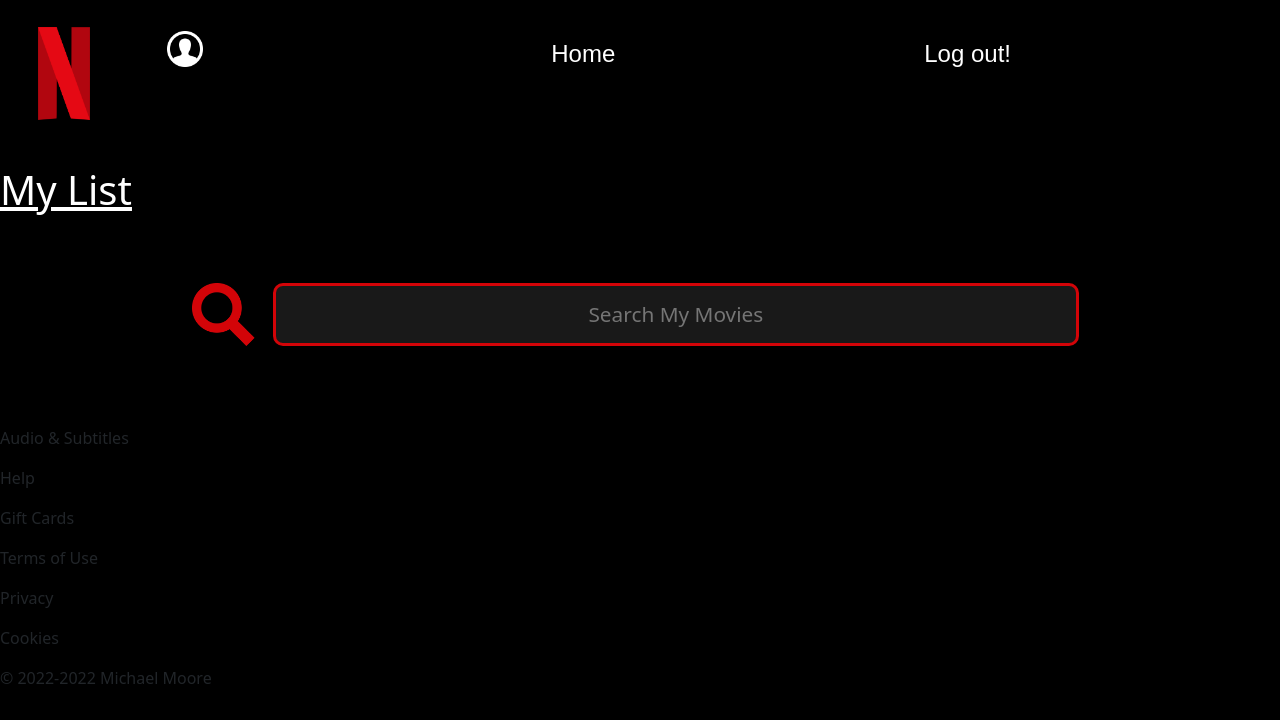
Repository: MikeMoore55/Vue-NetflixClone-main
Page: src/pages/watch-list-page.html
An editor plug-in stored every save of this project. The page is shown before and after the next save, followed by the edit.
The browser window is 1280 px wide. The pictures show the whole page.

Above is the page before, as saved 2022-05-08 11:58:12.
Console error: TypeError: Cannot read properties of null (reading '0')

### src/pages/watch-list-page.html
<!DOCTYPE html>
<html lang="en">
<head>
    <meta charset="UTF-8">
    <meta http-equiv="X-UA-Compatible" content="IE=edge">
    <meta name="viewport" content="width=device-width, initial-scale=1.0">
    <!-- bootstrap link -->
    <link rel="stylesheet"  href="https://cdn.jsdelivr.net/npm/bootstrap@5.1.3/dist/css/bootstrap.min.css" integrity="sha384-1BmE4kWBq78iYhFldvKuhfTAU6auU8tT94WrHftjDbrCEXSU1oBoqyl2QvZ6jIW3" crossorigin="anonymous">

    <script src="https://cdn.jsdelivr.net/npm/bootstrap@5.1.3/dist/js/bootstrap.bundle.min.js" integrity="sha384-ka7Sk0Gln4gmtz2MlQnikT1wXgYsOg+OMhuP+IlRH9sENBO0LRn5q+8nbTov4+1p" crossorigin="anonymous"></script>
    <!-- css link -->
    <link rel="stylesheet" href="/src/css/watchlist.css">
    <!-- vue cdn -->
    <script src="https://unpkg.com/vue@3" defer></script>
    <!-- js script -->
    <script src="/src/js/watchlist.js" defer></script>
    <title>My List</title>
    <link rel="icon" href="/src/images/netflix-N-logo-img.png">
</head>
<body>
    <div id="watch-list">

    </div>

</body>
</html>

### src/css/watchlist.css
* {
  box-sizing: border-box;
}

body {
  background-color: black;
}

.nav-med {
  display: none;
}

.nav {
  position: fixed;
  z-index: 1;
  top: 0%;
  left: 0%;
  width: 100%;
  height: 10%;
}

.navbar-override {
  background-color: transparent;
  border-radius: none;
  top: 0%;
  left: 0%;
  right: 0%;
  height: 10%;
}

.netflix-logo {
  position: fixed;
  width: 7%;
  left: 2%;
  top: 2%;
  margin: 0%;
  padding: 0%;
}

.nav-list-div-override {
  position: fixed;
  top: 10%;
  left: 0%;
  right: 0%;
  background-color: transparent;
}
.nav-list-override {
  position: relative;
  top: 30%;
}

.nav-btn {
  border: none;
  background-color: transparent;
}

.nav-icon {
  position: fixed;
  top: 3%;
  right: 2%;
  width: 2em;
}

.nav-item-override {
  color: white;
  text-align: right;
}

.nav-link-override {
  color: white;
}

.user-pic{
  width: 1.5em;
}

.user-name {
  color: white;
  font-family: Arial, Helvetica, sans-serif;
  font-size: 1.5em;
  margin: 2% 2% 2% 2%;
  z-index: 5;
}

.home {
  color: white;
  font-family: Arial, Helvetica, sans-serif;
  font-size: 1.5em;
  padding: 2% 2% 2% 2%;
  margin: 2% 2% 2% 2%;
  border: none;
  background-color: transparent;
}

.my-list-btn:active {
  text-decoration: underline #d30408;
}

.log-out {
  color: white;
  font-family: Arial, Helvetica, sans-serif;
  font-size: 1.5em;
  padding: 2% 2% 2% 2%;
  margin: 2% 2% 2% 2%;
  border: none;
  background-color: transparent;
}

.log-out:active {
  text-decoration: underline;
}

.main {
  position: relative;
  top: 20%;
}

h1{
    position: relative;
    color: white;
    text-decoration: underline;
    font-size: 2.5em;
    margin-top: 20%;
}

.search-container{
  position: relative;
  width: 70%;
  left: 15%;
  right: 15%;
  display: flex;
}

.search-img{
  width: 15%;
  height: 15%;
  margin-right: 5%;
  margin-top: 0.5%;
}

.search {
  position: relative;
  width: 80%;
  text-align: center;
  margin-top: 0.5%;
  padding: 1% 2% 1% 2%;
  background-color: rgba(32, 32, 32, 0.8);
  border: solid #d30408 3px;
  border-radius: 10px;
  font-size: 1.3em;
}

.movie-list {
  list-style: none;
}

.movie-item {
  padding: 2% 5% 2% 5%;
  width: 80%;
  right: 10%;
  left: 5%;
  position: relative;
  margin: 5% 0% 5% 0%;
  background-color: rgba(32, 32, 32, 0.8);
}

.movie-name {
  text-align: center;
  font-size: 2em;
  color: white;
}

.movie-img {
  width: 100%;
}

.movie-info {
  text-align: center;
  font-size: 1.5em;
  color: white;
}

.buttons{
  position: relative;
  width: 50%;
  left: 25%;
  right: 25%;
  margin-top: 10%;
  margin-bottom: 5%;
  display: flex;
}

.buttons:active{
  transform: scale(0.9);
}

.preview-btn{
  background-color: transparent;
  border: none;
  width: 50%;
}

.preview-btn:active{
  transform: scale(0.9);
}

.preview-icon{
  width: 100%;
}

.preview-icon:active{
  transform: scale(0.9);
}

.remove-btn{
    border: none;
    background-color: transparent;
    width: 50%;
}

.remove-btn:active{
  transform: scale(0.9);
}

.remove-icon{
    width: 100%;
}

.remove-icon:active{
  transform: scale(0.9);
}


@media(min-width: 570px){

  .nav-small {
    display: none;
  }

  .nav-med {
    display: block;
    position: fixed;
    top: 0%;
    left: 0%;
    right: 0%;
    height: 10%;
    width: 100%;
    background-color: transparent;
    z-index: 5;
  }

  .nav-list {
    position: fixed;
    top: 3%;
    right: 3%;
    left: 10%;
    width: 90%;
    list-style: none;
    display: grid;
    grid-template-columns: 33.3% 33.3% 33.3%;
    z-index: 5;
  }

  .nav-list-item {
    margin: 0% 1% 0% 1%;
    z-index: 5;
  }

  .user-item{
    display: flex;
  }

  .user-pic{
    width: 1.5em;
  }

  .user-name{
    font-size: 1.5em;
  }

  .netflix-logo {
    width: 5%;
    margin: 1%;
    z-index: 5;
  }

  .search-container{
    position: relative;
    width: 70%;
    left: 15%;
    right: 15%;
    display: flex;
    margin-top: 5%;
  }

  .search-img{
    width: 12%;
    height: 12%;
    margin-right: 3%;
    margin-top: 0.5%;
  }

  .search {
    width: 85%;
    text-align: center;
    margin-top: 0.5%;
    font-size: 1.5em;
    padding: 1% 1% 1% 1%;
  }

  .movie-list{
    position: relative;
    left: 0.5%;
    display: grid;
    grid-template-columns: 33.3% 33.3% 33.3%;
    width: 95%;
    margin-top: 5%;
  }

  .movie-item{
    margin: 2% 2% 2% 2%;
    width: 96%;
  }

  .buttons{
    position: relative;
    width: 60%;
    left: 20%;
    right: 20%;
    margin-top: 10%;
    margin-bottom: 5%;
    display: flex;
  }
}

@media(min-width: 1000px){

  h1{
    margin-top: 13%;
  }

  .netflix-logo{
    width:4%;
  }


  .search-container{
    position: relative;
    width: 70%;
    left: 15%;
    right: 15%;
    display: flex;
  }

  .search-img{
    width: 7%;
    height: 7%;
    margin-right: 2%;
    margin-top: 0.5%;
  }

  .search {
    position: relative;
    width: 90%;
    text-align: center;
    margin-top: 0.5%;
    padding: 1% 2% 1% 2%;
    background-color: rgba(32, 32, 32, 0.8);
    border: solid #d30408 3px;
    border-radius: 10px;
    font-size: 1.3em;
  }

  .movie-list{
    position: relative;
    left: 0.5%;
    display: grid;
    grid-template-columns: 25% 25% 25% 25%;
    width: 95%;
  }

  .movie-item{
    margin: 2% 2% 2% 2%;
    width: 96%;
  }
}

### src/js/watchlist.js
const LOGGED_IN_USER_KEY = "logged-in-user-storage-key";
const WATCH_LIST_KEY = "watch-list-storage-key";


const {createApp} = window.Vue

const component = {

  data() {
    return {
      userArray: [],
      username: "",
      search: "",
      watchListArray: [],
    };
  },

  methods: {
    removeFromWatchList(index) {
      this.watchListArray = JSON.parse(
        localStorage.getItem(WATCH_LIST_KEY)
      );
      this.watchListArray.splice(index, 1);
      localStorage.setItem(
        WATCH_LIST_KEY,
        JSON.stringify(this.watchListArray)
      );
    },

    homeBtn() {
      window.location.href = "/src/pages/home-page.html";
    },

    logout() {
      localStorage.removeItem(LOGGED_IN_USER_KEY);
      window.location.href = "../../index.html";
    },
  },

  computed: {
    filterWatchList() {
      return this.watchListArray.filter((movie) => {
        return movie.name.toLowerCase().includes(this.search.toLowerCase());
      });
    },
  },

  mounted() {
    this.userArray = JSON.parse(localStorage.getItem(LOGGED_IN_USER_KEY));
    this.username = this.userArray[0]._username;

    if (!localStorage.getItem(WATCH_LIST_KEY)) {
      let initArray = [];
      localStorage.setItem(WATCH_LIST_KEY, JSON.stringify(initArray));
    }

    this.watchListArray = JSON.parse(localStorage.getItem(WATCH_LIST_KEY));
  },


  template: /* html */
  `
  <div class="nav-small">
    <div class="container">
    <nav class="navbar navbar-expand-lg navbar-light fixed-top navbar-override fluid" aria-label="Eleventh navbar example">
      <div class="container-fluid">
        <a class="navbar-brand" href="#"><img class="netflix-logo" src="/src/images/netflix-N-logo-img.png" /></a>
        <button class="nav-btn" type="button" data-bs-toggle="collapse" data-bs-target="#navbarsExample09" aria-controls="navbarsExample09" aria-expanded="false" aria-label="Toggle navigation">
          <img class="nav-icon" src="/src/images/menu-icon.png">
        </button>

        <div class="collapse navbar-collapse nav-list-div-override" id="navbarsExample09">
          <ul class="navbar-nav me-auto mb-2 mb-lg-0 nav-list-override">
            <li class="nav-item nav-item-override">
            <p class="user-name">
              <img class="user-pic" src="/src/images/user-icon.png">
              {{username}}
            </p>
            </li>
            <li class="nav-item nav-item-override">
            <button class="home" @click="homeBtn">Home</button>
            </li>
            <li class="nav-item nav-item-override">
              <button class="log-out" @click="logout">Log out!</button>
            </li>
          </ul>

        </div>
      </div>
    </nav>
  </div>
</div>
<div class="nav-med">
      <img class="netflix-logo" src="/src/images/netflix-N-logo-img.png" />
      <ul class="nav-list">
        <li class="user-item">
          <p class="user-name">
          <img class="user-pic" src="/src/images/user-icon.png">
          {{username}}
          </p>
        </li>
        <li class="nav-list-item">
          <button class="home" @click="homeBtn">Home</button>
        </li>
        <li class="nav-list-item">
          <button class="log-out" @click="logout">Log out!</button>
        </li>
      </ul>
    </div>

<section class="main">
  <h1 class="list-heading">My List</h1>

  <div class="search-container">
    <img class="search-img" src="/src/images/search-icon.png">
    <input type="text" v-model="search" class="search" placeholder="Search My Movies">
  </div>

  <ul class="movie-list">
    <li class="movie-item" v-for="(movie, index) in filterWatchList" :key="movie.id">
      <span class="movie-name">{{ movie.name }}</span>
      <br/>
      <img class="movie-img" v-bind:src="movie.thumbnail">
      <br/>
      <span class="movie-info">{{ movie.genre }}</span>
      <br/>
      <span class="movie-info">{{ movie.availDate }}</span>
      <br/>

      <div class="buttons">
        <button class="preview-btn">
        <a :href="movie.preview">
        <img class="preview-icon" src="/src/images/preview-icon.png"/>
        </a>
        </button>
        <button class="remove-btn" @click="removeFromWatchList(index)">
        <img class="remove-icon" src="/src/images/cancel-icon.png">
        </button>
        </div>
    </li>
  </ul>
</section>

<footer>
    <div class="footer-grid">

      <p class="footer-grid-wrapper">Audio & Subtitles</p>
      <p class="footer-grid-wrapper">Help</p>
      <p class="footer-grid-wrapper">Gift Cards</p>

      <p class="footer-grid-wrapper">Terms of Use</p>
      <p class="footer-grid-wrapper">Privacy</p>
      <p class="footer-grid-wrapper">Cookies</p>

    </div>

    <p class="author">© 2022-2022 Michael Moore</p>
  </footer>

  `,
}

window.addEventListener('DOMContentLoaded',  () => {
    const app = createApp(component)
    app.mount("#watch-list")
} )

After the next save:
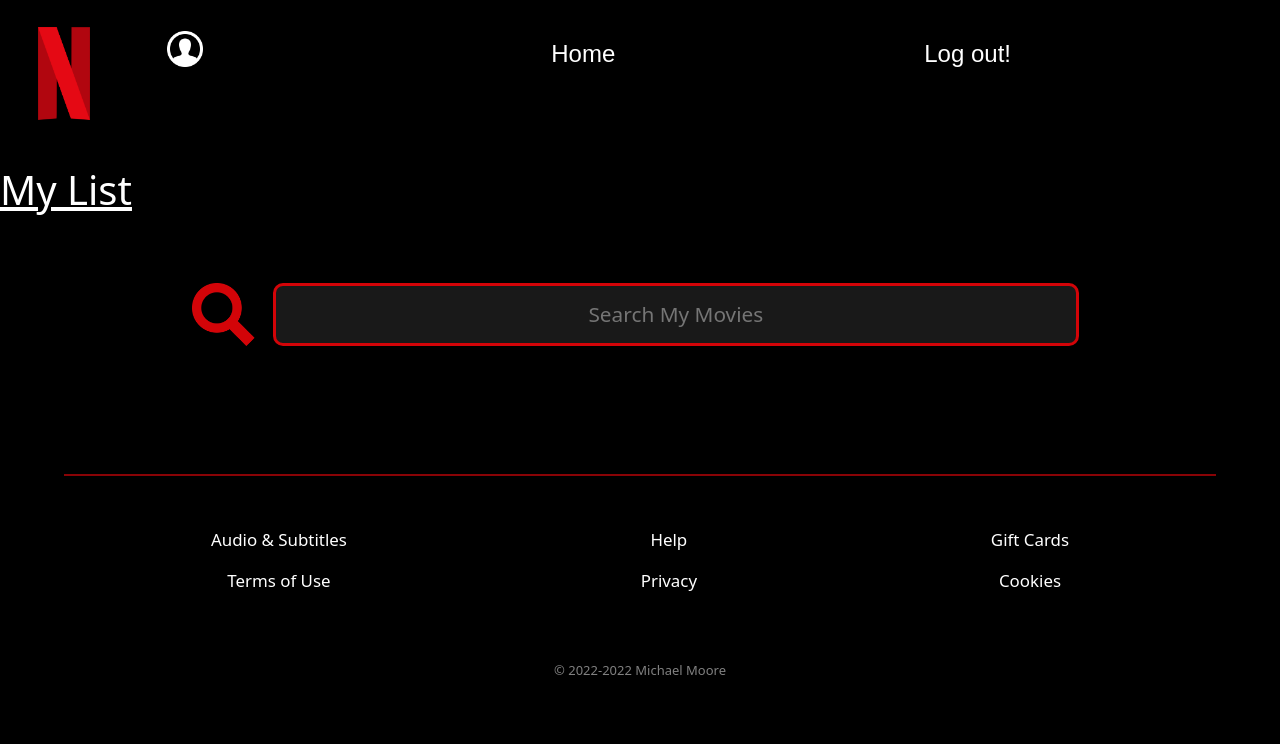
Saved 40 s later.
--- a/src/css/watchlist.css
+++ b/src/css/watchlist.css
@@ -230,6 +230,40 @@
   transform: scale(0.9);
 }
 
+footer {
+  color: grey;
+  font-size: 13px;
+  position: relative;
+  bottom: 0%;
+  left: 0%;
+  right: 0%;
+}
+
+footer .footer-grid {
+  border-top: solid 2px #890306;
+  padding: 4% 0% 4% 0%;
+  margin: 5% 5% 0% 5%;
+  display: grid;
+  grid-template-columns: auto auto auto;
+}
+
+footer .footer-grid-wrapper {
+  list-style-type: none;
+  color: white;
+  font-size: 1.3em;
+  text-align: center;
+}
+
+footer .footer-grid-wrapper:hover {
+  text-decoration: underline #d30408;
+}
+
+.author {
+  text-align: center;
+  margin: 0% 0% 5% 0%;
+  color: grey;
+  font-size: 1em;
+}
 
 @media(min-width: 570px){
 
